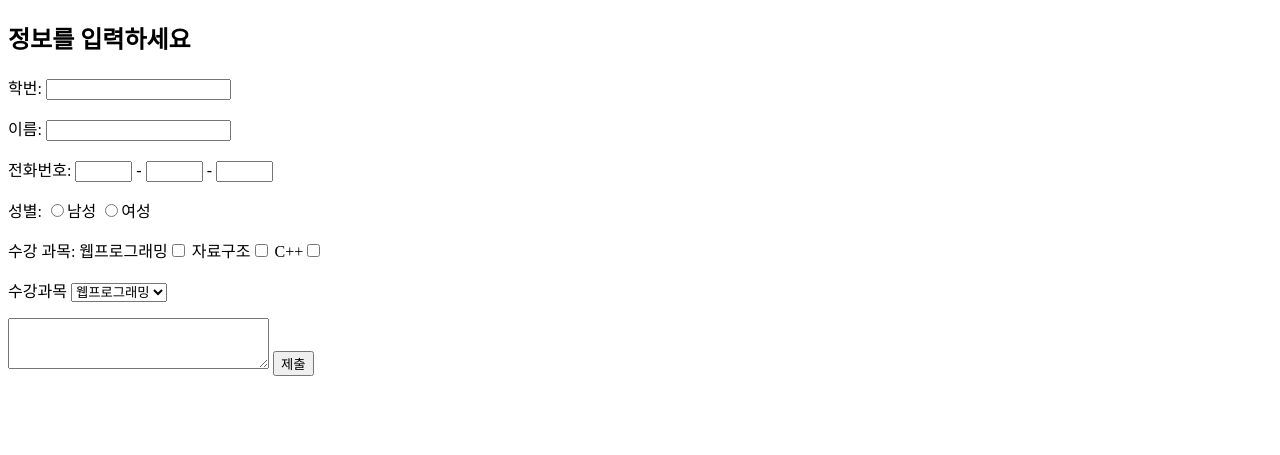
Repository: xxeionw/java_form
Page: http://localhost/formpro/form.jsp
The author's editor kept a copy of each file at every save. The page is drawn from the files as they stood at one save, then again after the next save.
The browser window is 1280 px wide. The pictures show the whole page.
The page is served by Tomcat 9. Other server files are loaded and not shown.

Above is the page before, as saved 2025-05-26 08:07:21.

### formpro/src/main/webapp/form.jsp
<%@ page language="java" contentType="text/html; charset=EUC-KR"
    pageEncoding="EUC-KR"%>
<!DOCTYPE html>
<html>
<head>
<meta charset="EUC-KR">
<title>입력 폼</title>
</head>
<body>
	<h2> 정보를 입력하세요</h2>
    <form action="result.jsp" method="post">
        <p>학번: <input type="text" name="studentId"></p>
        <p>이름: <input type="text" name="name"></p>
        <p>전화번호: <input type="text" maxlength="4" size="4" name="phone1"> -
        <input type="text" maxlength="4" size="4" name="phone2"> -
        <input type="text" maxlength="4" size="4" name="phone3"></p>

        <p>성별: <input type ="radio" name ="sex" value= "남성">남성
        <input type = "radio" name ="sex" value="여성">여성

        <p>수강 과목: 웹프로그래밍<input type="checkbox" name="subject1">
        	자료구조<input type="checkbox" name="subject2">
        	C++<input type="checkbox" name="subject3">
        <p>수강과목
            <select name="subject">
                <option value="웹프로그래밍">웹프로그래밍</option>
                <option value="자료구조">자료구조</option>
                <option value="알고리즘">알고리즘</option>
            </select>
        </p>
        <textarea name = "comment" cols="30" rows="3"></textarea>
        <input type="submit" value="제출">
    </form>
</body>
</html>

After the next save:
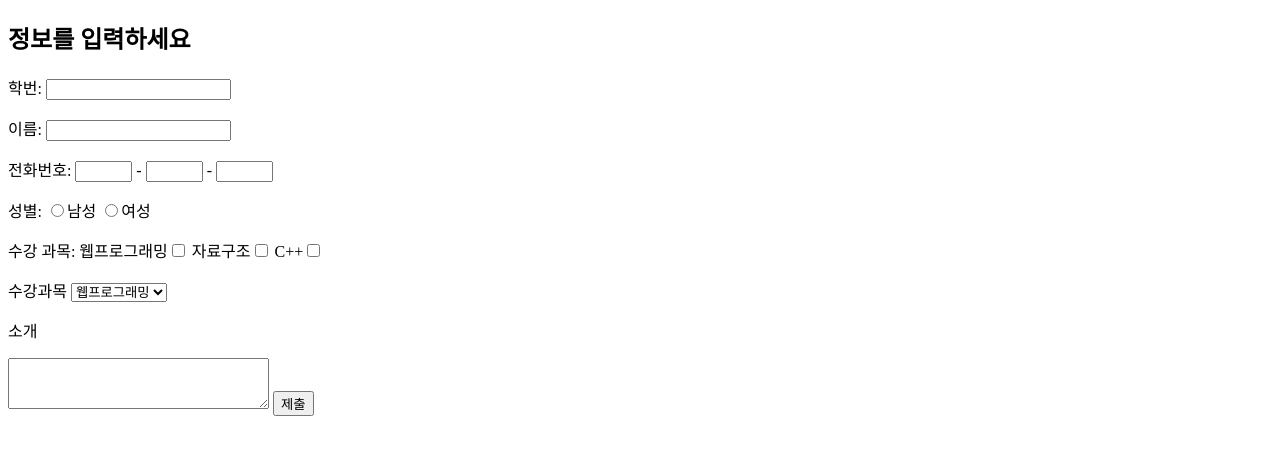
Saved 17 s later.
--- a/formpro/src/main/webapp/form.jsp
+++ b/formpro/src/main/webapp/form.jsp
@@ -28,6 +28,7 @@
                 <option value="알고리즘">알고리즘</option>
             </select>
         </p>
+        <p>소개</p>
         <textarea name = "comment" cols="30" rows="3"></textarea>
         <input type="submit" value="제출">
     </form>
